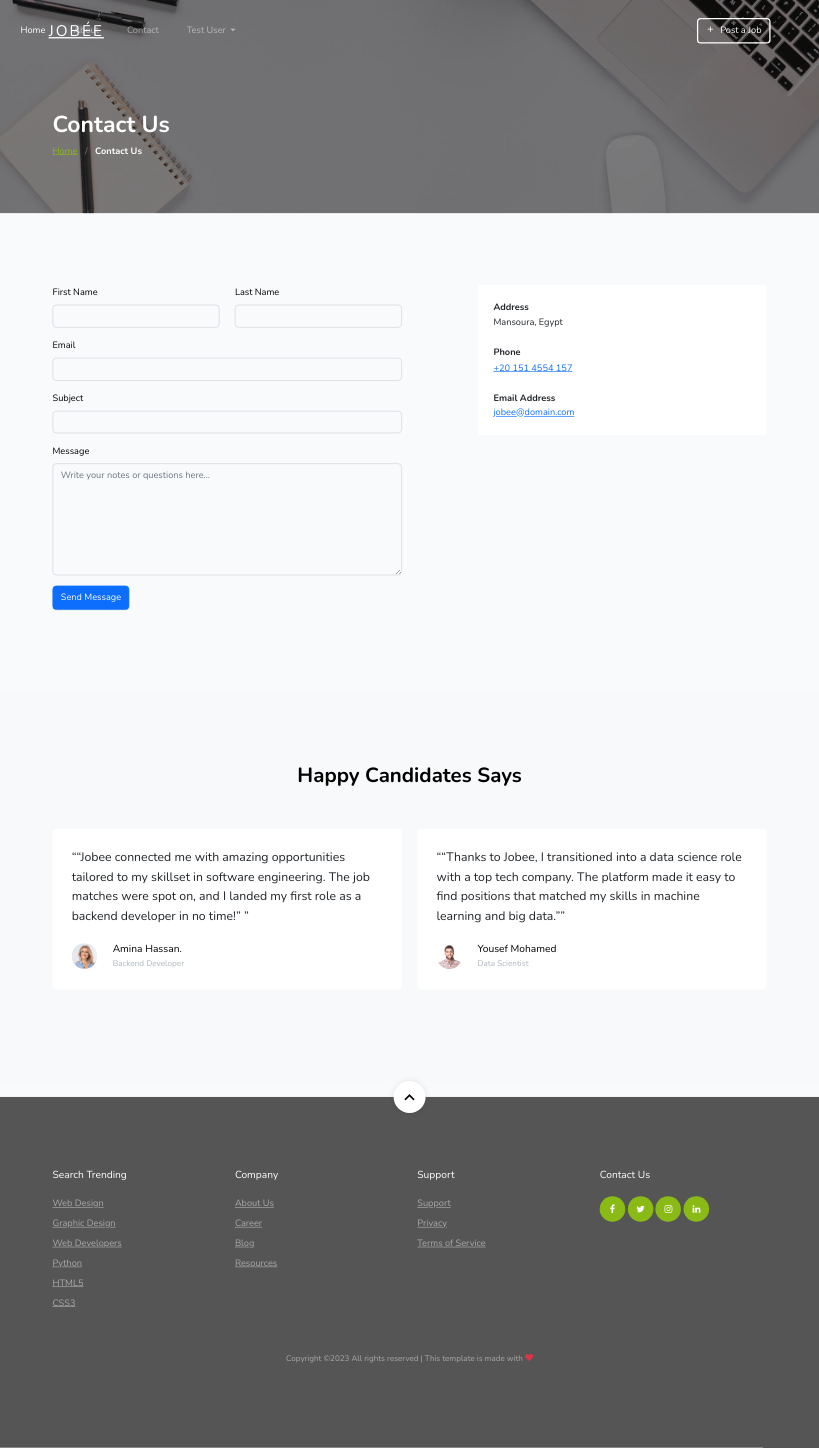
Repository: sara55m/Jobee
Page: http://localhost/contact
The author's editor kept a copy of each file at every save. The page is drawn from the files as they stood at one save, then again after the next save.
The browser window is 1280 px wide. The pictures show the whole page, at 64% of full size.
The page is served by the project's Laravel application, run on PHP 8.4 with Laravel 10. A made-up administrator, Test User (test@example.com), is signed in. Style sheets and scripts are compiled from the project's sources, by tool versions that may differ from the author's.

Above is the page before, as saved 2024-10-31 05:06:31.

After the next save:
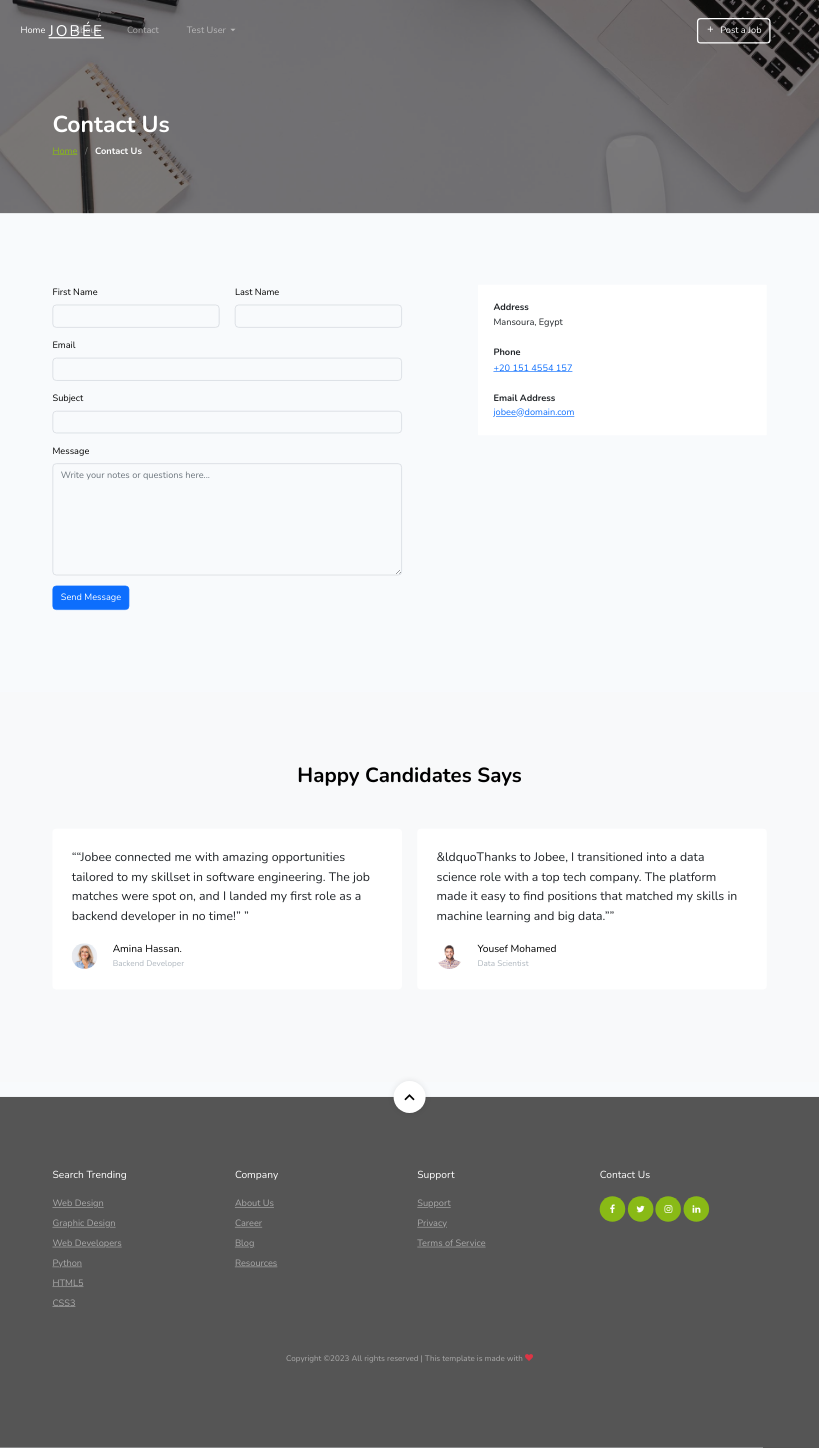
Saved 19 s later.
--- a/resources/views/pages/contact.blade.php
+++ b/resources/views/pages/contact.blade.php
@@ -108,7 +108,7 @@
         <div class="col-lg-6">
           <div class="block__87154 bg-white rounded">
             <blockquote>
-              <p>&ldquo;“Thanks to Jobee, I transitioned into a data science role with a top tech company. The platform made it easy to find positions that matched my skills in machine learning and big data.”&rdquo;</p>
+              <p>&ldquoThanks to Jobee, I transitioned into a data science role with a top tech company. The platform made it easy to find positions that matched my skills in machine learning and big data.”&rdquo;</p>
             </blockquote>
             <div class="block__91147 d-flex align-items-center">
               <figure class="mr-4"><img src="{{asset('assets/images/person_2.jpg')}}" alt="Image" class="img-fluid"></figure>

After the save that followed:
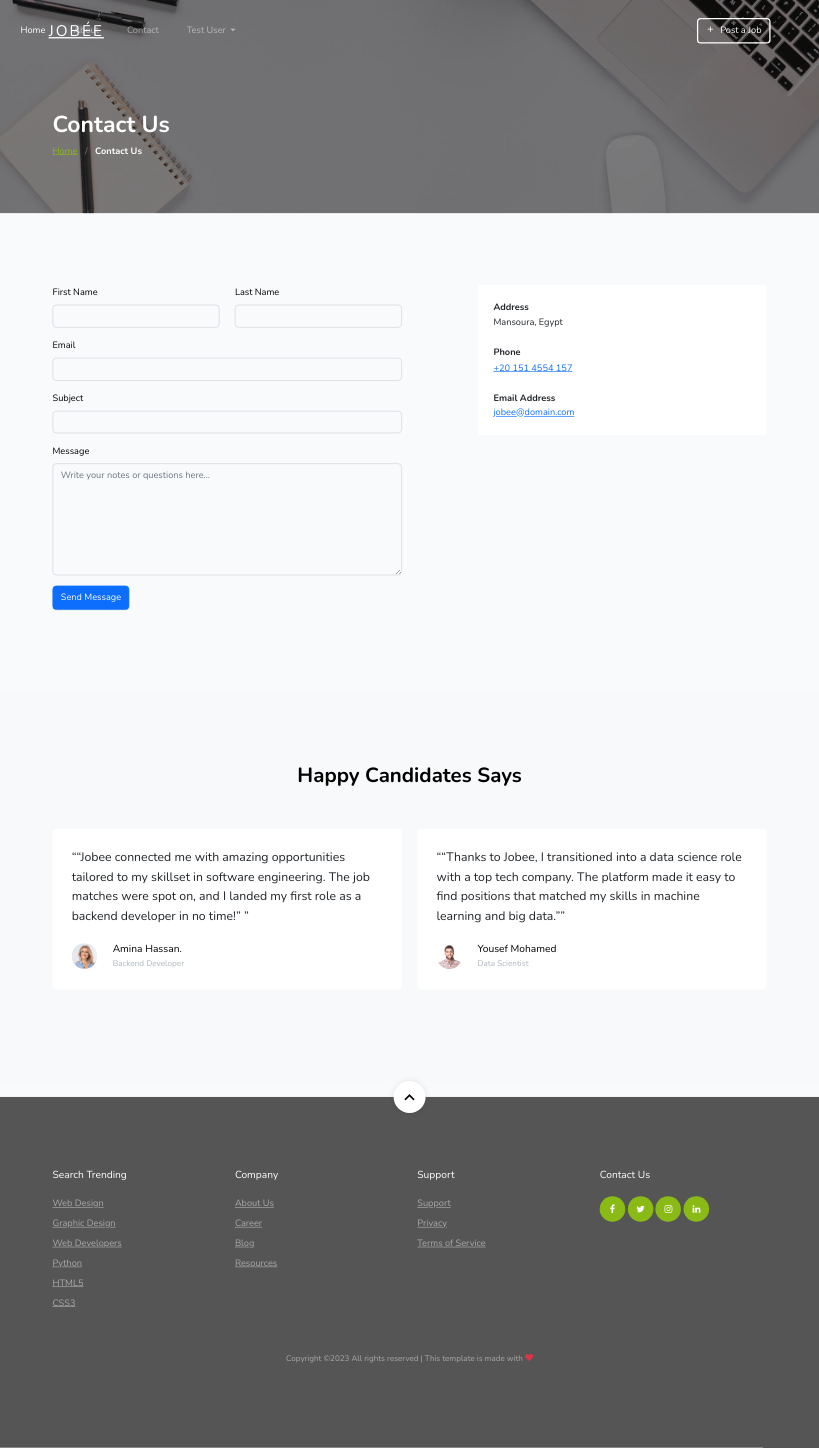
Saved 12 s later.
--- a/resources/views/pages/contact.blade.php
+++ b/resources/views/pages/contact.blade.php
@@ -108,7 +108,7 @@
         <div class="col-lg-6">
           <div class="block__87154 bg-white rounded">
             <blockquote>
-              <p>&ldquoThanks to Jobee, I transitioned into a data science role with a top tech company. The platform made it easy to find positions that matched my skills in machine learning and big data.”&rdquo;</p>
+              <p>&ldquo;“Thanks to Jobee, I transitioned into a data science role with a top tech company. The platform made it easy to find positions that matched my skills in machine learning and big data.”&rdquo;</p>
             </blockquote>
             <div class="block__91147 d-flex align-items-center">
               <figure class="mr-4"><img src="{{asset('assets/images/person_2.jpg')}}" alt="Image" class="img-fluid"></figure>
